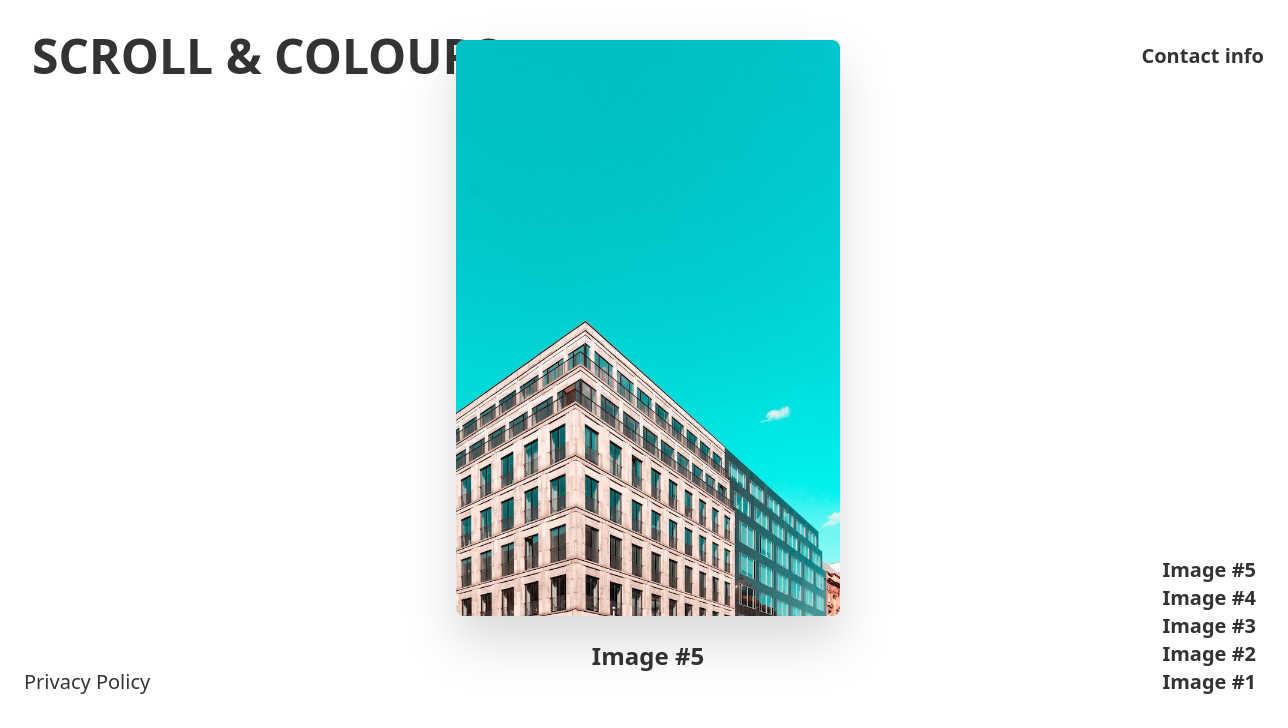
Repository: chelle-c/smooth-scroll-colours
Page: /
The author's editor kept a copy of each file at every save. The page is drawn from the files as they stood at one save, then again after the next save.
The browser window is 1280 px wide. The page is 1288 px wide, so the pictures cover 1288 px, including what lies to the right of the window. The pictures show the whole page.
An inner scrolling area shows only its first screen. The project was rebuilt for these pictures with package versions that can differ from the ones it lists, and the page was loaded fresh each time. Imported but missing from the stored project, and not drawn on this page: images.

Above is the page before, as saved 2022-09-27 19:01:53.

After the next save:
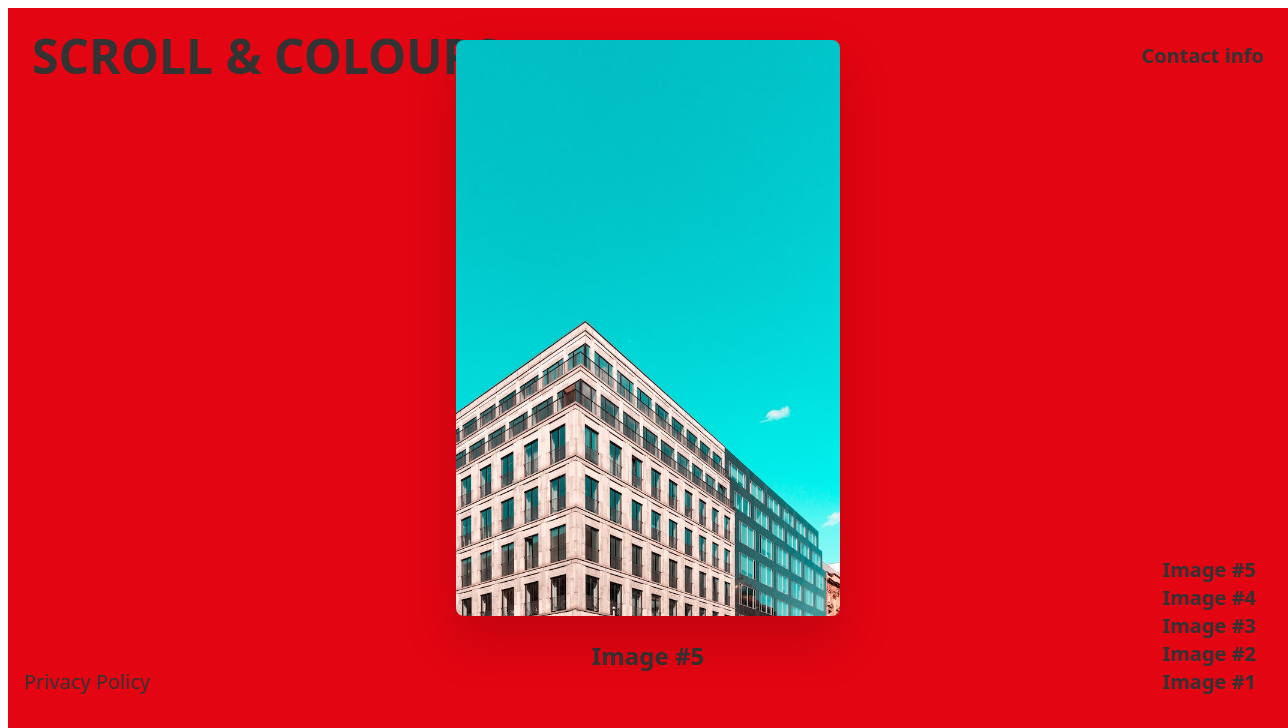
Saved 3 min 27 s later.
--- a/src/App.svelte
+++ b/src/App.svelte
@@ -13,7 +13,7 @@
 	const colours = sections.filter(section => section.colour);
 
 	let y;
-	let backgroundColour;
+	let backgroundColour = '#e30512';
 
 	let setColour = () => {
 		let colour;
